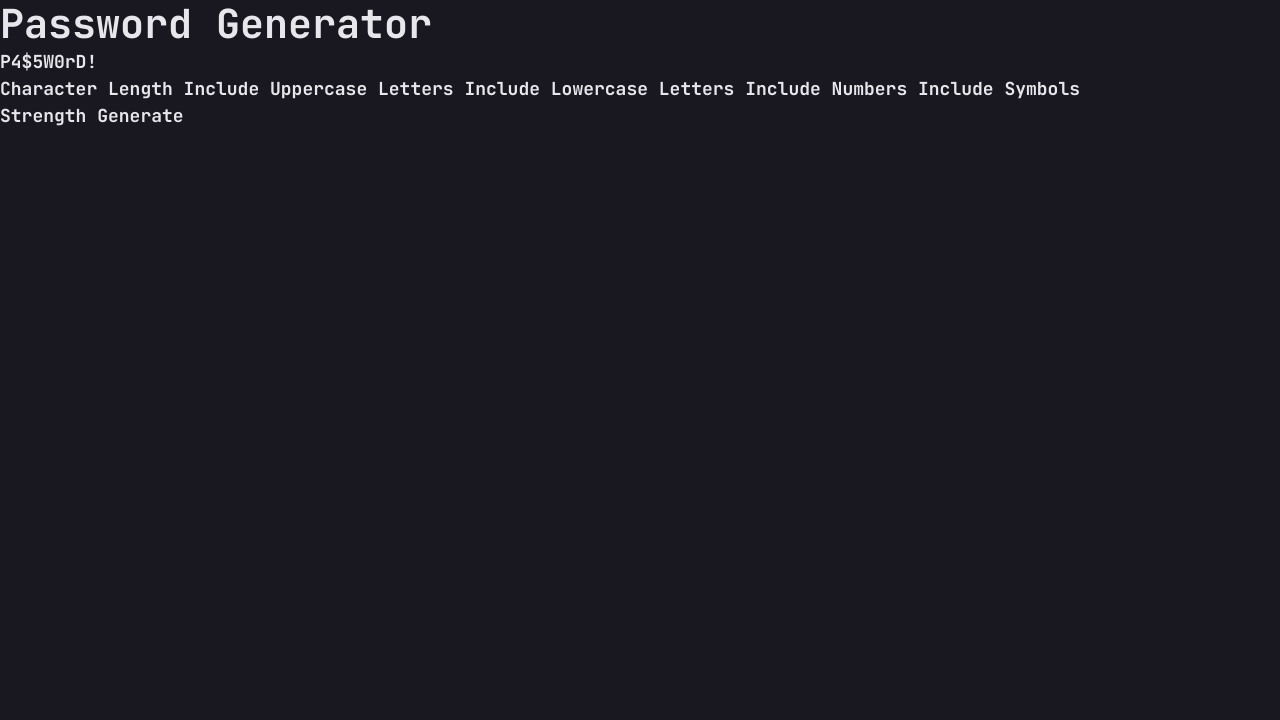
Repository: blordeus/password-generator-app
Page: starter-code/index.html
These files come from the project's save history. The page is drawn as it stood at one moment and after the next save; the edit follows.
The browser window is 1280 px wide. The pictures show the whole page.

Above is the page before, as saved 2023-10-05 15:56:06.

### starter-code/index.html
<!DOCTYPE html>
<html lang="en">
<head>
  <meta charset="UTF-8">
  <meta name="viewport" content="width=device-width, initial-scale=1.0">
  <link href="https://cdn.jsdelivr.net/npm/bootstrap@5.3.2/dist/css/bootstrap.min.css" rel="stylesheet" integrity="sha384-T3c6CoIi6uLrA9TneNEoa7RxnatzjcDSCmG1MXxSR1GAsXEV/Dwwykc2MPK8M2HN" crossorigin="anonymous">
  <script src="https://cdn.jsdelivr.net/npm/bootstrap@5.3.2/dist/js/bootstrap.bundle.min.js" integrity="sha384-C6RzsynM9kWDrMNeT87bh95OGNyZPhcTNXj1NW7RuBCsyN/o0jlpcV8Qyq46cDfL" crossorigin="anonymous" defer></script>
  <link rel="icon" type="image/png" sizes="32x32" href="./assets/images/favicon-32x32.png">
  <link rel="stylesheet" href="./assets/style.css">
  <link href="https://fonts.googleapis.com/css2?family=JetBrains+Mono:wght@700&display=swap" rel="stylesheet">
  <title>Frontend Mentor | Password generator app</title>
</head>
<body>
<main>

    <h1>Password Generator</h1>

    <p>P4$5W0rD!</p>

    <div>
      Character Length
      Include Uppercase Letters
      Include Lowercase Letters
      Include Numbers
      Include Symbols
    </div>
    <div>
      Strength
      Generate
    </div>
</main>

</body>
</html>

### starter-code/assets/style.css
/* ------------------- */
/* Custom properties   */
/* ------------------- */

:root {
    /* colors */
    --clr-darkGrey: 248 10% 15%;
    --clr-grey: 251 9% 53%;
    --clr-almostWhite: 252 11% 91%;
    --clr-veryDarkGrey: 248 15% 11%;
    --clr-neonGreen: 127 100% 82%;
    --clr-red: 0 91% 63%;
    --clr-orange: 13 95% 66%;
    --clr-yellow: 42 91% 68%;

    /* font-sizes */
    --fs-1: 1.5rem;
    --fs-2: 1.125rem;
    --fs-3: 1rem;
  }

  @media (min-width: 35em) {
    :root {
      --fs-1: 2rem;
      --fs-2: 1.5rem;
      --fs-3: 1.125rem;
    }
  }

  /* ------------------- */
  /* Reset               */
  /* ------------------- */

  /* https://piccalil.li/blog/a-modern-css-reset/ */

  /* Box sizing */
  *,
  *::before,
  *::after {
    box-sizing: border-box;
  }

  /* Reset margins */
  body,
  h1,
  h2,
  h3,
  h4,
  h5,
  p,
  figure,
  picture {
    margin: 0;
  }

  h1,
  h2,
  h3,
  h4,
  h5,
  h6,
  p {
    font-weight: 400;
  }

  /* set up the body */
  body {
    font-family: "JetBrains Mono", monospace;
    font-size: var(--fs-3);
    font-weight: 700;
    color: hsl(var(--clr-almostWhite));
    background-color: hsl(var(--clr-veryDarkGrey));
    min-height: 100vh;

    overflow-x: hidden;
  }

  /* make images easier to work with */
img,
picture {
  max-width: 100%;
  display: block;
}

/* make form elements easier to work with */
input,
button,
textarea,
select {
  font: inherit;
}

/* typography */

.uppercase {
    text-transform: uppercase;
  }

  .fs-1 {
    font-size: var(--fs-1);
    line-height: 2rem;
  }

  .fs-2 {
    font-size: var(--fs-2);
    line-height: 1.485rem;
  }

  .fs-3 {
    font-size: var(--fs-3);
    line-height: 1.32rem;
  }

  @media (min-width: 35em) {
    .fs-1 {
      line-height: 2.64rem;
    }

    .fs-2 {
      line-height: 1.98rem;
    }

    .fs-3 {
      line-height: 1.485rem;
    }
  }

  /*     Layout     */
/* -------------- */

.main {
    margin-top: 4rem;
    margin-inline: 1rem;
  }

  @media (min-width: 35em) {
    .main {
      max-width: 33.75rem;
      margin-top: 8.3125rem;
      margin-inline: auto;
    }
  }

  .title {
    text-align: center;
    margin-block: 0;
    margin-bottom: 1rem;
  }

  .field {
    padding: 1rem;
    justify-content: space-between;
    align-items: center;
    margin-bottom: 1rem;
  }

  @media (min-width: 35em) {
    .field {
      padding: 1.5rem 2rem;
    }
  }

  .copy {
    gap: 1rem;
    align-items: center;
  }

  #copyMsg {
    display: none;
  }

  .copyIcon:hover {
    cursor: pointer;
  }

  .copyIcon:hover .copyIconPath {
    fill: white;
  }

  .options {
    padding: 1rem;
  }

  @media (min-width: 35em) {
    .options {
      padding: 1.5rem 2rem;
    }
  }

  .sliderLabel {
    justify-content: space-between;
    align-items: center;
  }

  .slider {
    width: 100%;
    margin-top: 1rem;
    margin-bottom: 2rem;
  }

  input[type="range"] {
    -webkit-appearance: none;
    background: hsl(var(--clr-veryDarkGrey));
    accent-color: white;
    cursor: pointer;
    height: 8px;
    background-image: linear-gradient(
      hsl(var(--clr-neonGreen)),
      hsl(var(--clr-neonGreen))
    );
    background-size: 30% 100%;
    background-repeat: no-repeat;
  }

  input[type="range"]::-webkit-slider-thumb {
    height: 28px;
    width: 28px;
    background: hsl(var(--clr-almostWhite));
    -webkit-appearance: none;
    border-radius: 14px;
  }

  input[type="range"]:hover::-webkit-slider-thumb {
    background: hsl(var(--clr-veryDarkGrey));
    border: 2px solid hsl(var(--clr-neonGreen));
    -webkit-appearance: none;
  }

  .checkboxes {
    flex-direction: column;
    gap: 1rem;
    margin-bottom: 2rem;
  }

  /* Customize the label (the container) */
  .checkboxLabel {
    display: block;
    position: relative;
    padding-left: 2.5rem;
    cursor: pointer;
    -webkit-user-select: none;
    -moz-user-select: none;
    -ms-user-select: none;
    user-select: none;
  }

  /* Hide the browser's default checkbox */
  .checkboxLabel input {
    position: absolute;
    opacity: 0;
    cursor: pointer;
    height: 0;
    width: 0;
  }

  /* Create a custom checkbox */
  .checkmark {
    position: absolute;
    top: 0;
    left: 0;
    height: 20px;
    width: 20px;
    background-color: hsl(var(--clr-darkGrey));
    border: 2px solid hsl(var(--clr-almostWhite));
    display: flex;
    justify-content: center;
    align-items: center;
  }

  /* On mouse-over, add a background color */
  .checkboxLabel:hover input ~ .checkmark {
    border-color: hsl(var(--clr-neonGreen));
  }

  /* When the checkbox is checked, add a background */
  .checkboxLabel input:checked ~ .checkmark {
    background-color: hsl(var(--clr-neonGreen));
    border-color: hsl(var(--clr-neonGreen));
  }

  /* Create the checkmark/indicator (hidden when not checked) */
  .checkmark:after {
    content: "";
    position: absolute;
    display: none;
  }

  /* Show the checkmark when checked */
  .checkboxLabel input:checked ~ .checkmark:after {
    display: block;
  }

  .strength {
    background-color: hsl(var(--clr-veryDarkGrey));
    padding: 1rem;
    justify-content: space-between;
    align-items: center;
    margin-bottom: 1rem;
  }

  .strengthLvl {
    align-items: center;
  }

  .strengthLvl p {
    margin-right: 0.5rem;
  }

  .bars {
    width: 10px;
    height: 28px;
    border: 2px solid hsl(var(--clr-almostWhite));
    margin-left: 0.5rem;
  }

  .button {
    width: 100%;
    padding-top: 1.125rem;
    padding-bottom: 1.125rem;
    border: 2px solid hsl(var(--clr-neonGreen));
  }

  .button:hover {
    background-color: hsl(var(--clr-darkGrey));
    color: hsl(var(--clr-neonGreen));
    cursor: pointer;
  }

  .button svg {
    margin-left: 1rem;
  }

  .button:hover path {
    fill: hsl(var(--clr-neonGreen));
  }

  .alert {
    display: none;
    text-align: center;
    color: hsl(var(--clr-red));
  }

  /*  Level Classes */

  .tooWeak {
    background-color: hsl(var(--clr-red));
    border: 2px solid hsl(var(--clr-red));
  }

  .weak {
    background-color: hsl(var(--clr-orange));
    border: 2px solid hsl(var(--clr-orange));
  }

  .medium {
    background-color: hsl(var(--clr-yellow));
    border: 2px solid hsl(var(--clr-yellow));
  }

  .strong {
    background-color: hsl(var(--clr-neonGreen));
    border: 2px solid hsl(var(--clr-neonGreen));
  }

After the next save:
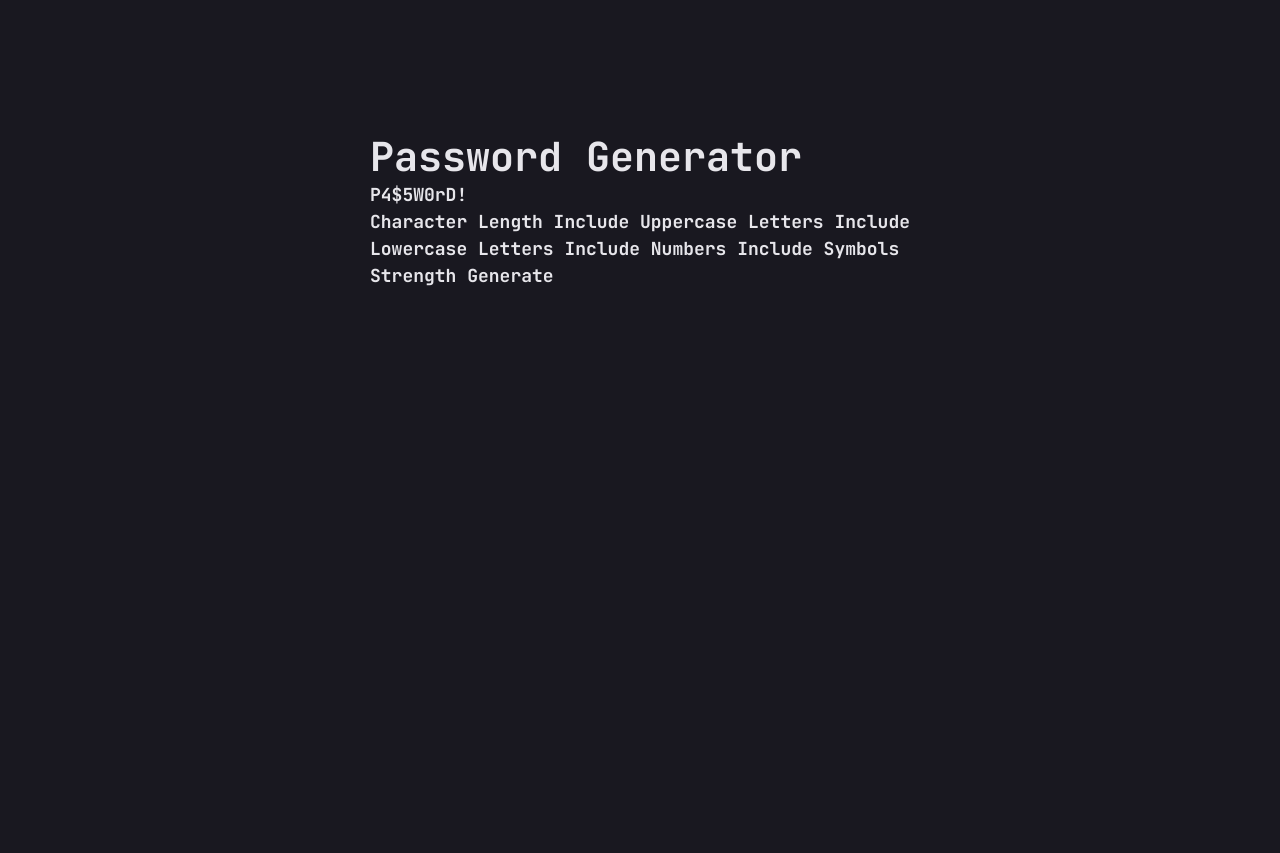
Saved 3 h 56 min later.
--- a/starter-code/index.html
+++ b/starter-code/index.html
@@ -11,7 +11,7 @@
   <title>Frontend Mentor | Password generator app</title>
 </head>
 <body>
-<main>
+<main class="main">
 
     <h1>Password Generator</h1>
 
